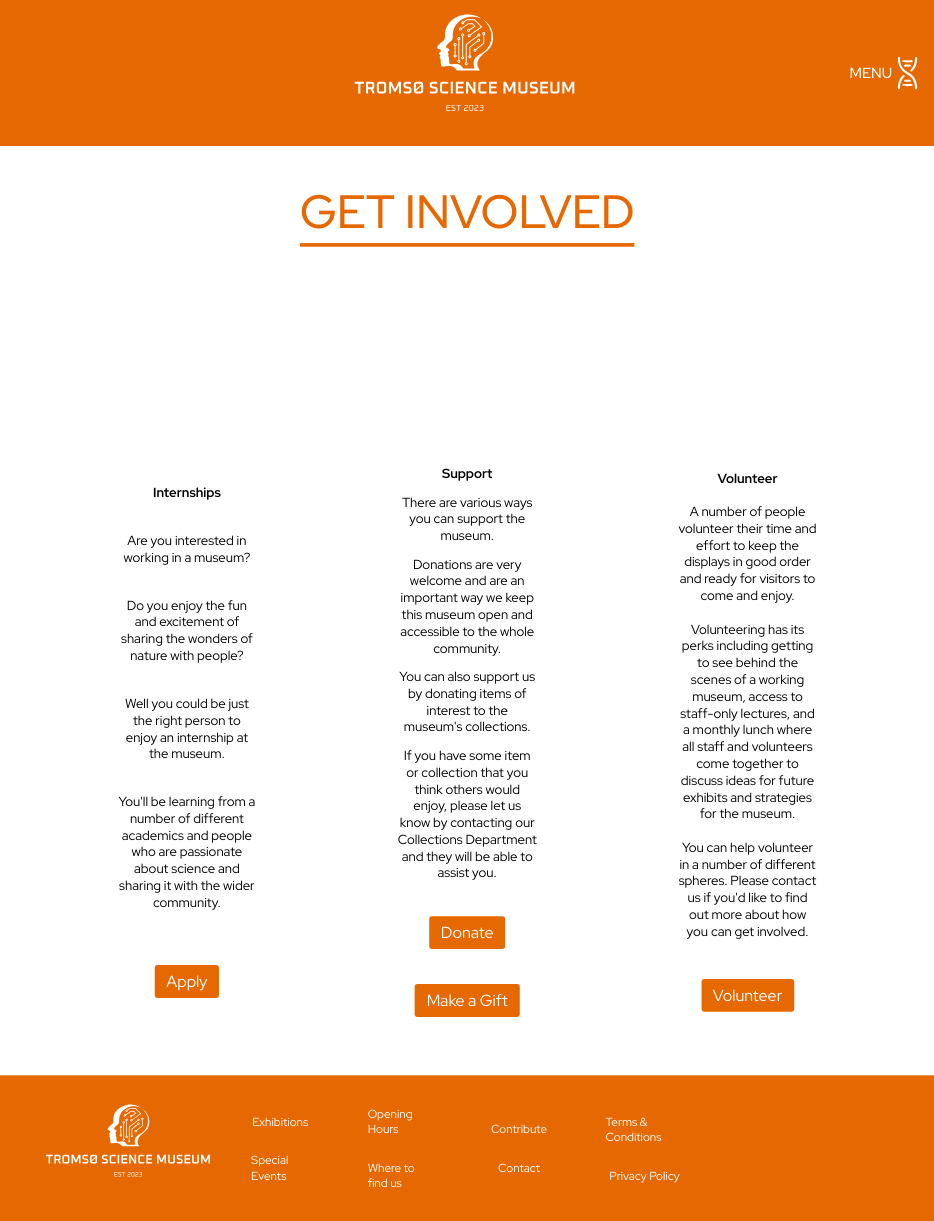
Repository: benjaminskarding/Semester-Project
Page: contribute.html
These files come from the project's save history. The page is drawn as it stood at one moment and after the next save; the edit follows.
The browser window is 1280 px wide. The pictures show the whole page, at 73% of full size.

Above is the page before, as saved 2023-12-19 12:03:17.

### contribute.html
<!DOCTYPE html>
<html lang="en">
<head>
    <meta charset="UTF-8">
    <meta name="viewport" content="width=device-width, initial-scale=1.0">
    <meta name="description" content="Contribute to our community or projects. Find out how to submit content, donate, or participate in our collaborative efforts. Your support is valued and makes a difference.">
    <link rel="stylesheet" href="src/css/contribute.css">
    <link rel="icon" type="image/png" sizes="32x32" href="assets/images/favicon/favicon-32x32.png">
    <link rel="icon" type="image/png" sizes="16x16" href="assets/images/favicon/favicon-16x16.png">
    <link rel="preconnect" href="https://fonts.googleapis.com">
    <link rel="preconnect" href="https://fonts.gstatic.com" crossorigin>
    <link href="https://fonts.googleapis.com/css2?family=Red+Hat+Display:wght@300;400;500;600;700;800&display=swap" rel="stylesheet">
    <title>Contact Us</title>
</head>
<body>
  <div class="page-container">
    <header class="header-collection">
        <div class="header-wrapper">
            <nav class="header-main-nav">
                <div class="header-nav-left-placeholder"></div>
                <div class="header-nav-center-logo">
                    <a href="index.html" aria-label="Go to homepage">
                        <img class="logo" src="assets/images/logo/whitelogo.svg" alt="company logo">
                    </a>
                </div>
                <div class="header-nav-right">
                    <label for="menuToggle" class="menu-button" aria-label="Open Menu"> <!--toggles overlay-->
                        <span class="white">MENU</span>
                        <img src="assets/images/icons/helix.svg" class="menuIcon" alt="navigation menu icon">
                    </label>
                </div>
            </nav>
        </div>
        <!--Overlay-->
        <input type="checkbox" id="menuToggle" class="menu-toggle-checkbox" style="display: none;">
        <div class="hamburger-overlay-2" id="menuOverlay" aria-label="Menu overlay">
            <div class="overlay-header">
                <h3 class="medium underline cU-white">Menu</h3>
                <label for="menuToggle" class="overlay-close-btn" aria-label="Close menu">&times;</label>
            </div>
            <div class="overlayOptionsContainer">
                <a href="index.html">
                <h6 class="menu-item">Home</h6>
                </a>
                <a href="exhibitions.html">
                <h6 class="menu-item">Exhibitions</h6>
                </a>
                <a href="exhibitions.html#specEvents">
                <h6 class="menu-item">Special Events</h6>
                </a>
                <a href="contribute.html">
                <h6 class="menu-item">Contribute to the Museum</h6>
                </a>
                <a href="contact.html">
                <h6 class="menu-item">Contact</h6>
                </a>
                <a href="terms_conditions.html">
                <h6 class="menu-item">Terms & Conditions</h6>
                </a>
                <a href="privacy_policy.html">
                <h6 class="menu-item">Privacy Policy</h6>
                </a>
            </div>
            <div class="overlayLogoContainer">
                <img src="assets/images/logo/whitelogo.svg" class="overlayLogo" alt="company logo in hamburger overlay">
            </div>
        </div>
    </header>

    <div class="main-grid">
        <div class="title">
          <h2 class="orange underline">GET INVOLVED</h2>
        </div>
        <div class="main-content">
            <div class="leftCol">
              <p class="bold">Internships</p>
              <p>Are you interested in working in a museum?</p>
              <p>Do you enjoy the fun and excitement of sharing the wonders of nature with people?</p>
              <p>Well you could be just the right person to enjoy an internship at the museum.</p>
              <p>You'll be learning from a number of different academics and people who are passionate about science and sharing it with the wider community.</p>
              <div class="button-container">
                <button>Apply</button>
              </div>
            </div>
            <div class="centCol">
              <p class="bold">Support</p>
              <p>There are various ways you can support the museum.</p>
              <p>Donations are very welcome and are an important way we keep this museum open and accessible to the whole community.</p>
              <p>You can also support us by donating items of interest to the museum's collections.</p>
              <p>If you have some item or collection that you think others would enjoy, please let us know by contacting our Collections Department and they will be able to assist you.</p>
              <div class="button-container">
                <button>Donate</button>
                <button>Make a Gift</button>
              </div>
            </div>
            <div class="rightCol">
              <p class="bold">Volunteer</p>
              <p>A number of people volunteer their time and effort to keep the displays in good order and ready for visitors to come and enjoy.</p>
              <p>Volunteering has its perks including getting to see behind the scenes of a working museum, access to staff-only lectures, and a monthly lunch where all staff and volunteers come together to discuss ideas for future exhibits and strategies for the museum.</p>
              <p>You can help volunteer in a number of different spheres. Please contact us if you'd like to find out more about how you can get involved.</p>
              <div class="button-container">
                <button>Volunteer</button>
              </div>
            </div>
        </div>
    </div>

    <footer id=desktop-footer class="footer">
      <div class="footer-container">
          <div class="footer-left-container">
            <a href="index.html"  aria-label="Back to homepage">
              <img src="assets/images/logo/whitelogo.svg" class="footer-logo" alt="company logo in footer">
            </a>
          </div>
          <div class="footer-center-container">
              <div class="footer-column-1">
                  <a href="exhibitions.html" class="footer-titles">Exhibitions</a>
                  <a href="exhibitions.html#specEvents" class="footer-titles">Special Events</a>
              </div>
              <div class="footer-column-2">
                  <a href="index.html#visit" class="footer-titles">Opening Hours</a>
                  <a href="index.html#visit" class="footer-titles">Where to find us</a>
              </div>
              <div class="footer-column-3">
                  <a href="contribute.html" class="footer-titles">Contribute</a>
                  <a href="contact.html" class="footer-titles">Contact</a>
              </div>
              <div class="footer-column-4">
                  <a href="terms_conditions.html" class="footer-titles">Terms & Conditions</a>
                  <a href="privacy_policy.html" class="footer-titles">Privacy Policy</a>
              </div>
          </div>
          <div class="footer-right-container-placeholder"></div>
      </div>
    </footer>
  </div>
</body>
</html>

### src/css/contribute.css
@import url(common.css);
@import url(_reset.css);
@import url(_variables.css);
@import url(hamburger-overlay-2.css);

.main-grid {
    display: grid;
    grid-gap: 3rem;
    margin: 0 10rem 0 10rem;
    grid-template-columns: auto;
    grid-template-rows: auto;
    grid-template-areas:
        "title"
        "main-content";

}

.main-content { grid-area: main-content }
.title { grid-area: title}

.title {
    display: flex;
    justify-content: center;
    margin-top: 3rem;
    margin-bottom: 15rem;
}

.main-content {
    display: flex;
    justify-content: space-between;
    gap: 3rem;
}

.leftCol,
.rightCol {
    flex: 1;
    display: flex;
    flex-direction: column;
    justify-content: space-evenly;
    text-align: center;
    max-width: 20%;
}

.leftCol p,
.rightCol p,
.centCol p {
    margin-top: 1rem;
}

.centCol {
    text-align: center;
    max-width: 20%;
}

.leftCol .button-container,
.rightCol .button-container {
    margin-top: 0rem;
    width: 100%;
}

button {
    padding: 0.5rem 1rem;
    background-color: var(--color-secondary);
    font-size: 1.375rem;
    font-family: var(--font-primary);
    color: white;
    border: none;
    border-radius: 0.25rem;
    cursor: pointer;
    margin-top: 3rem;
}

@media (max-width: 665px) {

    .main-grid {
        display: grid;
        margin: 0 1rem 5rem;
        grid-gap: 3rem;
        grid-template-columns: auto;
        grid-template-rows: auto;
        grid-template-areas:
            "main-content"
    }

    .main-content,
    .title-bar {
        align-items: center;
        text-align: center;
    }

    .title-bar h3 {
        margin: 0 1rem;
        font-size: 3rem;
    }

    .bpHide-3 {
        display: none;
    }

    label[for="menuToggle"] {
        display: none;
    }
    label[for="menuToggle2"] {
        display: block;
    }

    .hamburger-overlay-2 {
        display: block;
        width: 100%;
    }

}

### src/css/common.css
body, html {
    min-height: 100vh;
    width: 100%;
    margin: 0;
    overflow-x: hidden;
}

a {
    text-decoration: none;
    cursor: pointer;
    color: inherit;
}

.page-container {      /* fjern? */
    display: grid;
    grid-template-rows: auto 1fr auto;
    min-height: 100vh;
}

.underline {
    position: relative;
    display: inline-block;
}

.underline::after {
    content: '';
    position: absolute;
    left: 0;
    bottom: -5px;
    width: 100%;
    height: 5px;
    background-color: #E66800;
}

.cU-white::after {
    background-color: white;
}

input:focus,
textarea:focus,
select:focus,
button:focus {
outline: none;
}

/* Common header. [Landing page has specific styles for header] */

.header-collection {
    background-color: var(--color-secondary);
    height: 200px;
}

.header-wrapper {
    margin-left: 1rem;
    margin-right: 1rem;
    height: 200px;
}


.header-main-nav {
    display: flex;
    justify-content: space-between;
    align-items: center;
    width: 100%;
    height: 200px;
}

.header-nav-left-placeholder {
    flex: 1;
    display: flex;
    align-items: center;
}

.header-nav-right {
    flex: 1;
    display: flex;
    justify-content: flex-end;
    font-size: 1.25rem;
    font-weight: var(--font-weight-medium);
}

/* Footer */


.footer{
    background-color: var(--color-secondary);
    height: 200px;
    display: flex;
    margin-top: 5rem;
}

.footer-container {
    display: flex;
    align-items: center;
    justify-content: space-between;
    margin-left: 3rem;
    margin-right: 3rem;
    width: 100%;
}

.footer-left-container,
.footer-right-container-placeholder {
    flex: 1;
}

.footer-center-container {
    display: flex;
    justify-content: center;
    align-items: center;
    flex: 2;
    gap: 5rem;
}

.footer-column-1,
.footer-column-2,
.footer-column-3,
.footer-column-4 {
    display: flex;
    flex-direction: column;
    align-items: center;
}

.footer-logo {
    height: 150px;
}

.footer-titles {
    display: flex;
    margin-bottom: 1rem;
    margin-top: 1rem;
    color: white;
}

/* Main content */

.title-bar {
    display: grid;
    grid-gap: 2rem;
    grid-template-columns: auto;
    grid-template-rows: auto;
    align-items: center;
    height: 150px;
    width: 100%;
    background-color: var(--color-secondary);
}

.title-bar h3 {
    margin-left: 3rem;
}

.sidebar {
    display: flex;
    flex-direction: column;
    align-items: center;
    position: relative;
    background-color: #E66800;
    height: 100%;
}

/* Overlay 1 */

.hamburger-overlay {
    position: absolute;
    display: flex;
    flex-direction: column;
    justify-content: flex-start;
    top: 0;
    right: 0;
    bottom: 0;
    left: 0;
    background-color: transparent;
    z-index: 1000;
    visibility: hidden;
    transform: translateX(100%);
    transition: transform 0.3s;

}

.menu-button {
    display: flex;
    align-items: center;
    cursor: pointer;
}

.menu-toggle-checkbox:checked ~ .sidebar .hamburger-overlay {  /* Checkbox hack */
    visibility: visible;
    transform: translateX(0);
}

.overlay-header {
    display: flex;
    justify-content: space-between;
    margin-left: 1rem;
}

.overlayOptionsContainer {
    height: 100%;
}

.menu-item {
    margin: 2rem 1rem;
    color: white;
}

.overlayLogoContainer {
    display: flex;
    justify-content: center;
}

.overlayLogo {
    width: 50%;
    max-height: 200px;
}

.overlay-close-btn {
    padding-top: 1rem;
    margin-right: 1rem;
    color: white;
    font-size: 2rem;
    background: none;
    border: none;
    cursor: pointer;
}

/* Special Events Section */

.specEvents {
    display: flex;
    flex-direction: column;
}

.specContent {
    text-align: center;
    margin-top: 5rem;
}

.specEventTitle  {
    margin-bottom: 5rem;
}

/* Special Events Dropdown Arrow */

.arrow {
    transition: transform 0.3s ease;
    width: 36px;
    height: 36px;
    vertical-align: middle;
    display: inline-block;
}

.toggle {
    display: none;
}

.toggle-label {
    cursor: pointer;
    display: inline-block;
    padding: 1rem;
    color: inherit;
    vertical-align: middle;
    color: var(--color-secondary);
    font-size: 2.25rem;
}

.toggle:checked + .toggle-label .arrow {
    transform: rotate(180deg);
}

/* Special Events Dropdown Content */

.content {
    display: none;
    padding: 1rem;
}

.toggle:checked ~ .content {
    display: block;
}

.specEventMainText {
    font-size: 3.625rem;
}



/* Media Queries */

#mobileFooter {
    display: none;
}


@media (max-width: 1502px) {
    .bpCommonHide1 {
        display: none;
    }
}

@media (max-width: 1020px) {
    .bpHide-2 {
        display: none;
    }

    .overlay-header h3 {
        font-size: 2.25rem;
    }

    .overlayLogo {
        width: 75%;
    }

    .menuIcon {
        height: 45px;
    }
}

@media (max-width: 800px) {

    #desktopFooter {
        display: none;
    }
    #mobileFooter {
        display: flex;
    }

    .footer-center-container {
        display: flex;
        justify-content: center;
        align-items: center;
        flex-wrap: wrap;
        gap: 5rem;
        margin-left: auto;
        margin-right: auto;
        width: 100%;
    }

    .footer-titles {
        display: flex;
        margin-bottom: 0.5rem;
        margin-top: 0.5rem;
        color: white;
    }

}


@media (max-width: 665px) {
    .logo {
        height: 150px;
    }
}

@media (max-width: 632px) {

    .footer-center-container {
        gap: 1rem;
    }
}

@media (max-width: 370px) {

}

### src/css/_reset.css
*, *:before, *:after {
    box-sizing: inherit;
  }

  body {
    box-sizing: border-box;
    min-height: 100vh;
    margin: 0;
  }

### src/css/_variables.css
:root{
    --color-primary: white;
    --color-secondary: #E66800;

    --font-primary: 'Red Hat Display', sans-serif;
    --font-size: 16px;
    --font-weight-regular: 400;
    --font-weight-medium: 500;
    --font-weight-semibold: 600;
    --font-weight-bold: 700;
}

/* Font Related */

.medium {
    font-weight: 500
}

.regular {
    font-weight: 400;
}

.semibold {
    font-weight: 600;
}

strong, .bold {
    font-weight: var(--font-weight-bold)
}

body {
    font-family: var(--font-primary)
}


h1,h2,h3,h4 {
    color: var(--color-primary)
}

h1,h2,h3,h4,h5,h6,p {
    font-family: var(--font-primary);
    margin: 0;
    padding: 0;
}

h1 {
    font-size: 6rem; /* 96px */
}

h2 {
    font-size: 4rem; /* 64px */
    font-weight: var(--font-weight-medium);
}

h3 {
    font-size: 3.625rem;  /* 58px */
}

h4 {
    font-size: 3rem; /* 48px*/
}

h5 {
    font-size: 2.25rem; /*36px*/
    font-weight: var(--font-weight-medium)
}

h6 {
    font-size: 1.375rem; /*22px*/
    font-weight: var(--font-weight-medium);
}


p {
    font-size: 1.125rem;    /* 18px */
}

/* Styling / Misc Variables */

.white {
    color:white;
}

.orange {
    color: var(--color-secondary)
}

.lastpar {
    margin-bottom: 2rem;
}

.nowrap {
    white-space: nowrap;
}

### src/css/hamburger-overlay-2.css
/* Hamburger overlay 2 */

.hamburger-overlay-2 {
    position: fixed;
    top: 0;
    right: 0;
    height: 100%;
    width: 33%;
    background-color: var(--color-secondary);
    transform: translateX(100%);
    transition: transform 0.3s;
    display: flex;
    flex-direction: column;
    z-index: 1000;
}

.menu-toggle-checkbox:checked ~ .hamburger-overlay-2 {
    transform: translateX(0);
}

.overlay-header {
    margin-top: 3rem;
}

.overlayLogoContainer {
    display: flex;
    flex-direction: column;
    justify-content: flex-end;
    align-items: center;
}

After the next save:
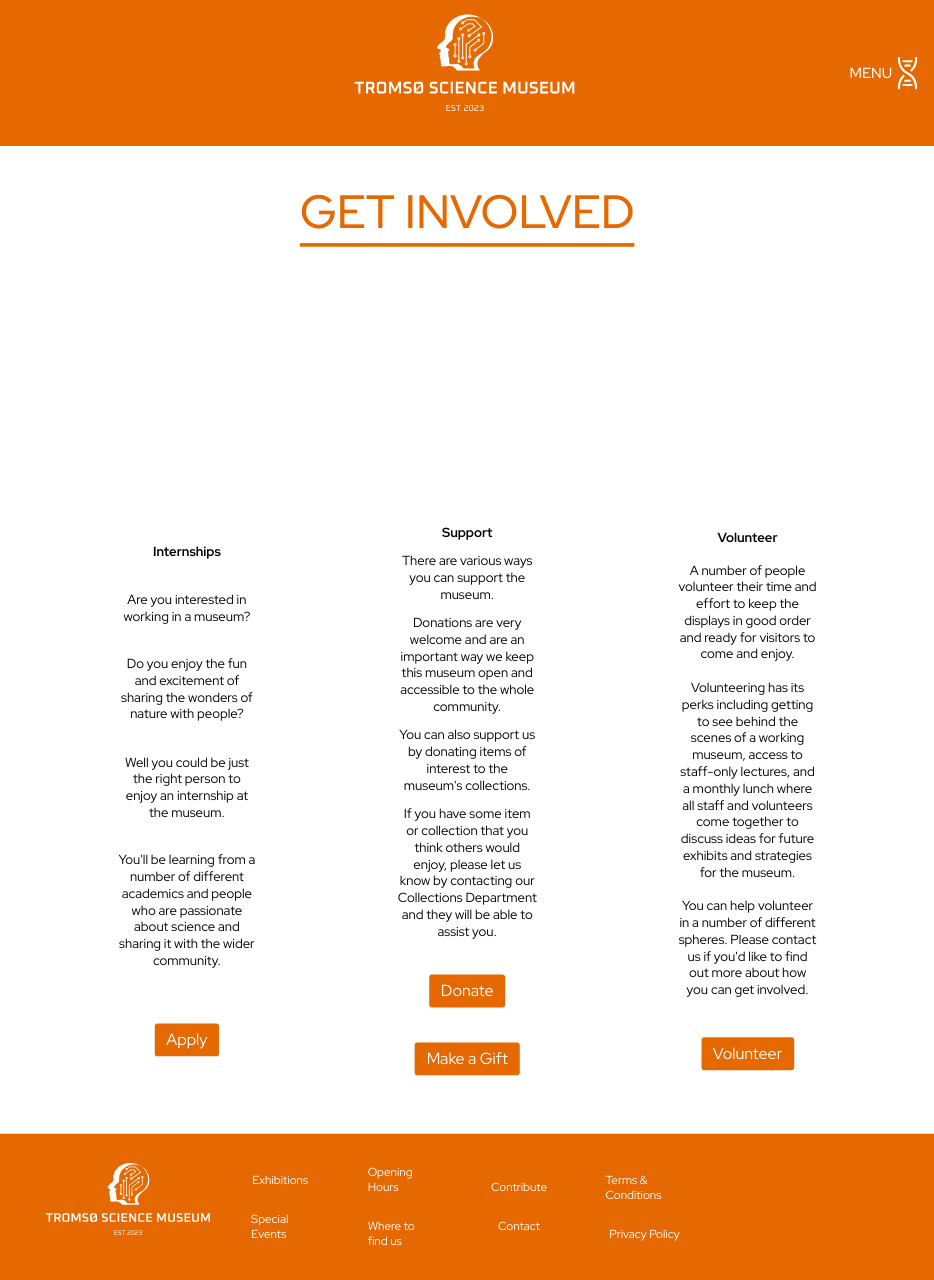
Saved 5 s later.
--- a/src/css/contribute.css
+++ b/src/css/contribute.css
@@ -22,7 +22,7 @@
     display: flex;
     justify-content: center;
     margin-top: 3rem;
-    margin-bottom: 15rem;
+    margin-bottom: 20rem;
 }
 
 .main-content {
